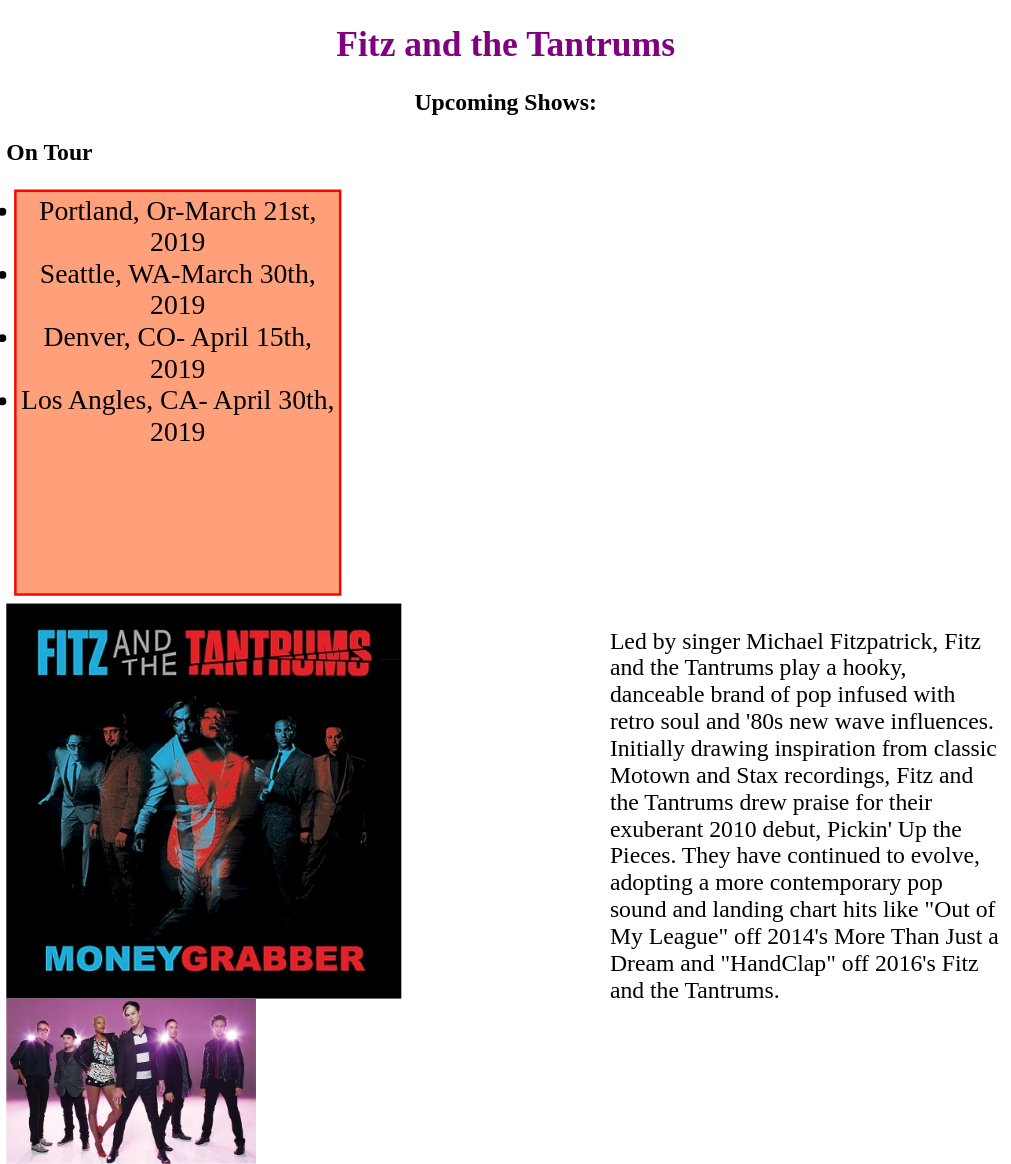
Repository: fieldceleste/Best-Vacation
Page: Desktop/favorite-band/favorite-band.html
The author's editor kept a copy of each file at every save. The page is drawn from the files as they stood at one save, then again after the next save.
The browser window is 1280 px wide. The pictures show the whole page, at 79% of full size.

Above is the page before, as saved 2019-10-28 18:59:11.

### Desktop/favorite-band/favorite-band.html
<!DOCTYPE html>
<html>
<head>
    <link href="css/styles.css" rel="stylesheet" type="text/css">
    <title> Bands Coming to Town</title>
</head>
    <body>
        <h1>Fitz and the Tantrums</h1>
        <div class="sidebar">
        <h2>Upcoming Shows:</h2>
        <h3>On Tour</h3>
        <ul class="special">
                <li>Portland, Or-March 21st, 2019</li>
                <li>Seattle, WA-March 30th, 2019</li>
                <li>Denver, CO- April 15th, 2019</li>
                <li>Los Angles, CA- April 30th, 2019</li>
            </ul>
        </div>
        <div class="column">
        <p>Led by singer Michael Fitzpatrick, Fitz and the Tantrums play a hooky, danceable
        brand of pop infused with retro soul and '80s new wave influences. Initially drawing
        inspiration from classic Motown and Stax recordings, Fitz and the Tantrums drew praise
        for their exuberant 2010 debut, Pickin' Up the Pieces. They have continued to evolve,
        adopting a more contemporary pop sound and landing chart hits like "Out of My League"
        off 2014's More Than Just a Dream and "HandClap" off 2016's Fitz and the Tantrums.</p>
        </div>
        <img class=".img" src="img/moneygrabber.jpeg" alt="picture of album cover">
        <img class="img" src="img/fitz.jpeg" alt="picture of fitz and the tantrums">
        </p>
       </div>
       </body>

</html>

### Desktop/favorite-band/css/styles.css
h1 {
    text-align: center;
    font-size: 45px;
    color: purple
}
h2 {
     font-size:30px;
     text-align: center;
}
h3{
    text-align: left, center;
    font-size: 30px;


}
ul.special {
    align-content:right ;
    margin: 10px;
    border: 3px solid red;
    padding: 4px;
    background-color: lightsalmon;
    box-sizing: content-box;
    width: 400px;
    height: 500px;
    text-align: right;
    text-align: center;
    font-size: 35px;
}

.column {
       width: 500px;
       float:right;
       font-size:30px;

}
img {
    float: left;

}

.img {

    float:left;
    width: 25%;
}

After the next save:
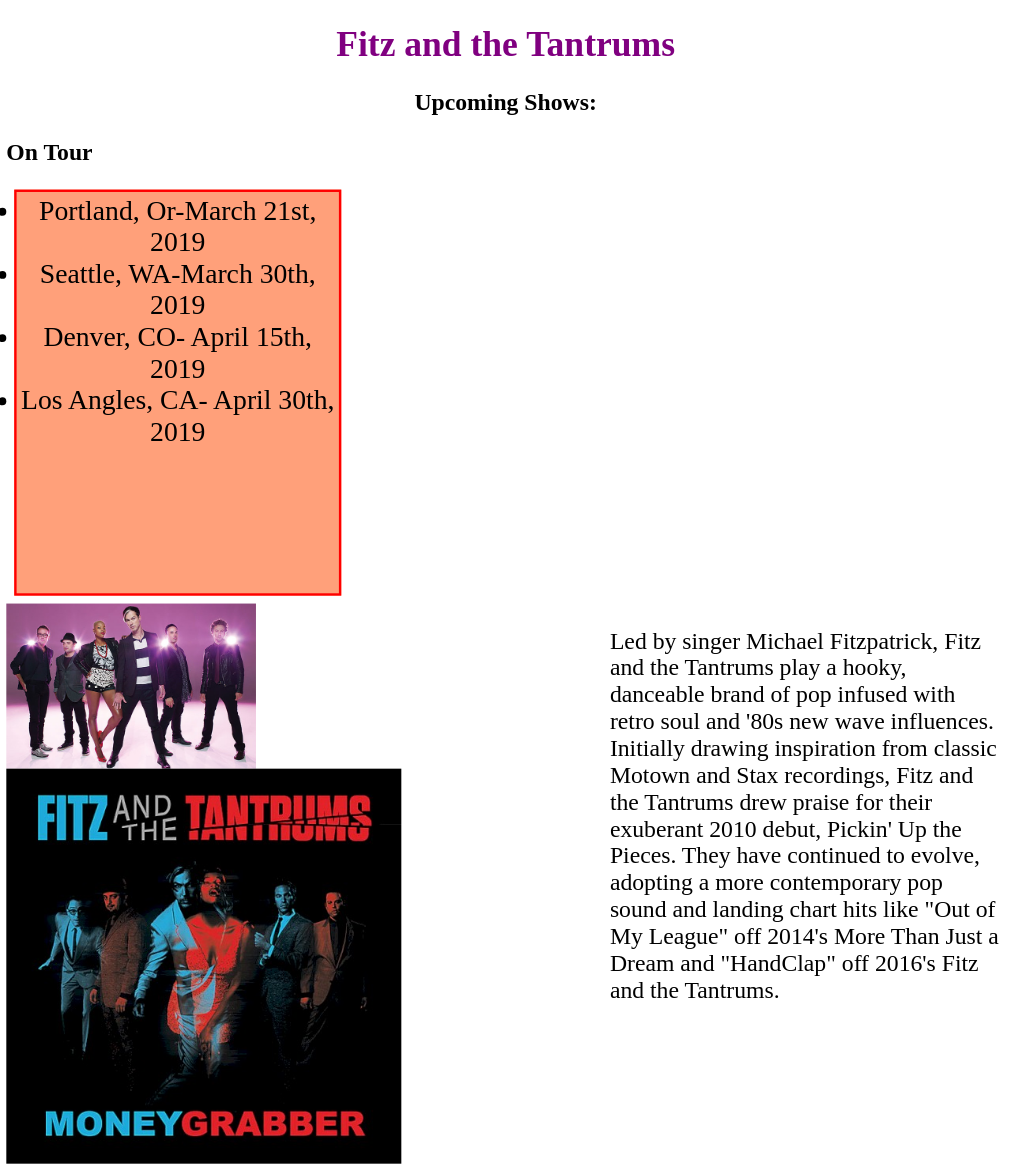
Saved 3 min 30 s later.
--- a/Desktop/favorite-band/favorite-band.html
+++ b/Desktop/favorite-band/favorite-band.html
@@ -16,6 +16,7 @@
                 <li>Los Angles, CA- April 30th, 2019</li>
             </ul>
         </div>
+        <img class="img" src="img/fitz.jpeg" alt="picture of fitz and the tantrums">
         <div class="column">
         <p>Led by singer Michael Fitzpatrick, Fitz and the Tantrums play a hooky, danceable
         brand of pop infused with retro soul and '80s new wave influences. Initially drawing
@@ -25,7 +26,7 @@
         off 2014's More Than Just a Dream and "HandClap" off 2016's Fitz and the Tantrums.</p>
         </div>
         <img class=".img" src="img/moneygrabber.jpeg" alt="picture of album cover">
-        <img class="img" src="img/fitz.jpeg" alt="picture of fitz and the tantrums">
+
         </p>
        </div>
        </body>
